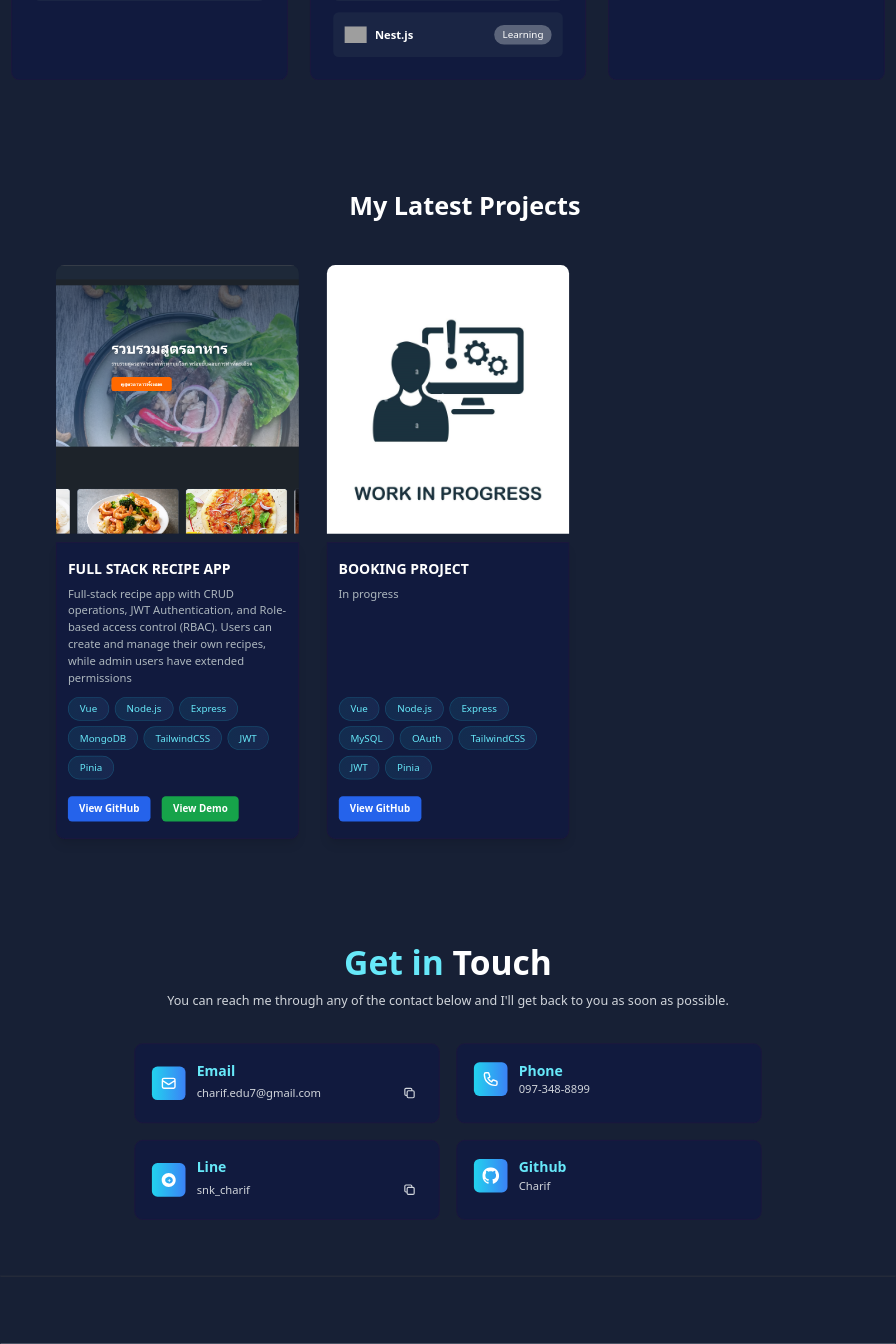
Repository: Charifx7/MyPortfolio
Page: /
An editor plug-in stored every save of this project. The page is shown before and after the next save, followed by the edit.
The browser window is 1280 px wide. The pictures show the part of the page from y = 1592 to 3512 px (the page is 3512 px tall), at 70% of full size.
Pictures or frames that could not be fetched are drawn as grey boxes. The project was rebuilt for these pictures with package versions that can differ from the ones it lists, and the page was loaded fresh each time. Also part of the build but not shown: vite.config.js.

Above is the page before, as saved 2026-02-14 10:47:17.

After the next save:
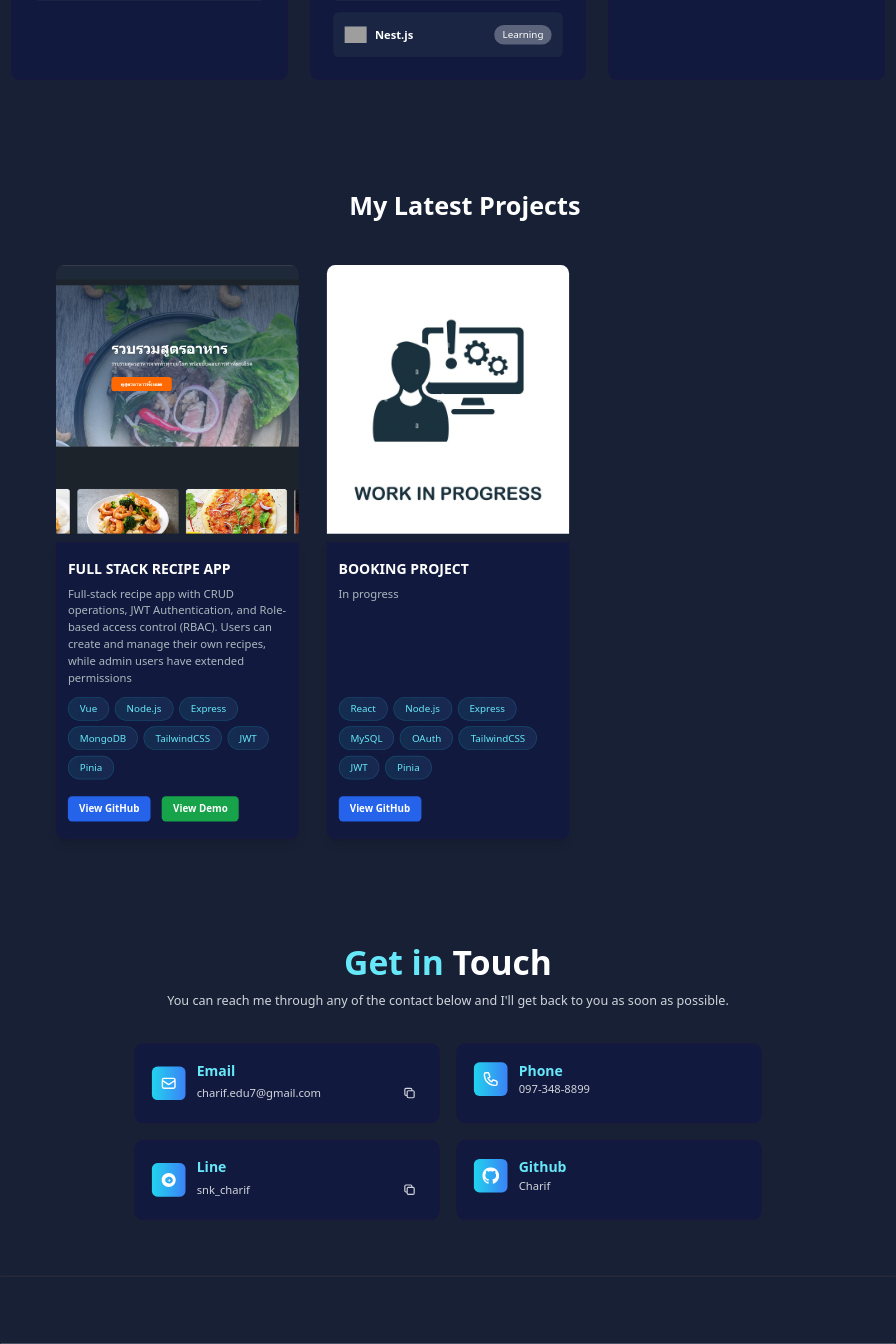
Saved 72 s later.
--- a/src/components/LatestProjSection.vue
+++ b/src/components/LatestProjSection.vue
@@ -65,7 +65,7 @@ const Projects = ref([
         image: '/assets/project0.jpg',
         title: 'Booking Project',
         description: 'In progress',
-        technologies: ['Vue', 'Node.js', 'Express','MySQL','OAuth','TailwindCSS','JWT','Pinia'],
+        technologies: ['React', 'Node.js', 'Express','MySQL','OAuth','TailwindCSS','JWT','Pinia'],
         gitURL: 'https://github.com/Charifx7',
         webURL: ''
     },
